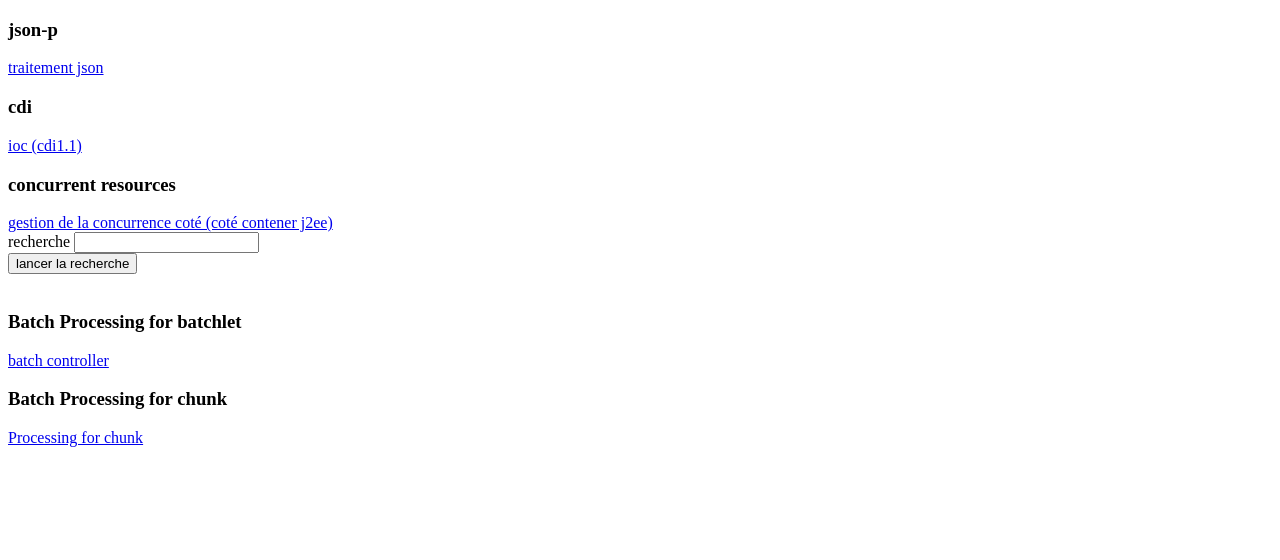
Repository: antoinebody/formationJee7
Page: http://localhost/ProjJEE7/
These files come from the project's save history. The page is drawn as it stood at one moment and after a run of saves; the edit follows.
The browser window is 1280 px wide. The pictures show the whole page.
The page is served by Tomcat 9. Nobody is signed in. The application's start-up code is not run. Other server files are loaded and not shown.

Above is the page before, as saved 2015-11-26 15:59:48.

### ProjJEE7/WebContent/index.jsp
<?xml version="1.0" encoding="utf-8" ?>
<%@ page language="java" contentType="text/html; charset=UTF-8"
    pageEncoding="UTF-8"%>
<!doctype html>
<html lang="fr">
<head>
<meta charset="utf-8">
<title>projet jee7</title>
</head>
<body>
	<h3>json-p</h3>
	<a title="json-p" href="JSONController?calltype=1">traitement json</a>
	<br/>

	<h3>cdi</h3>
	<a title="json-p" href="CDIControler">ioc (cdi1.1)</a>
	<br/>
	<h3>concurrent resources</h3>
	<a title="concurrent resource" href="SearchConcurrentController">gestion de la concurrence coté (coté contener j2ee)</a>
	<br/>
	<form method="post" action="SearchConcurrentController">
		<label for="search">recherche </label>
		<input type="text" name="searchfield" id="search" />
		<br />
		<input type="submit" value="lancer la recherche"/>
	</form>
	<br />
	<h3>Batch Processing for batchlet</h3>
	<a title="batchProcessing" href="BatchController">batch controller</a>
	<br/>

	<h3>Batch Processing for chunk</h3>
	<a title="batchProcessing" href="BatchController2">Processing for chunk</a>
	<br/>



</body>
</html>

After the next 2 saves:
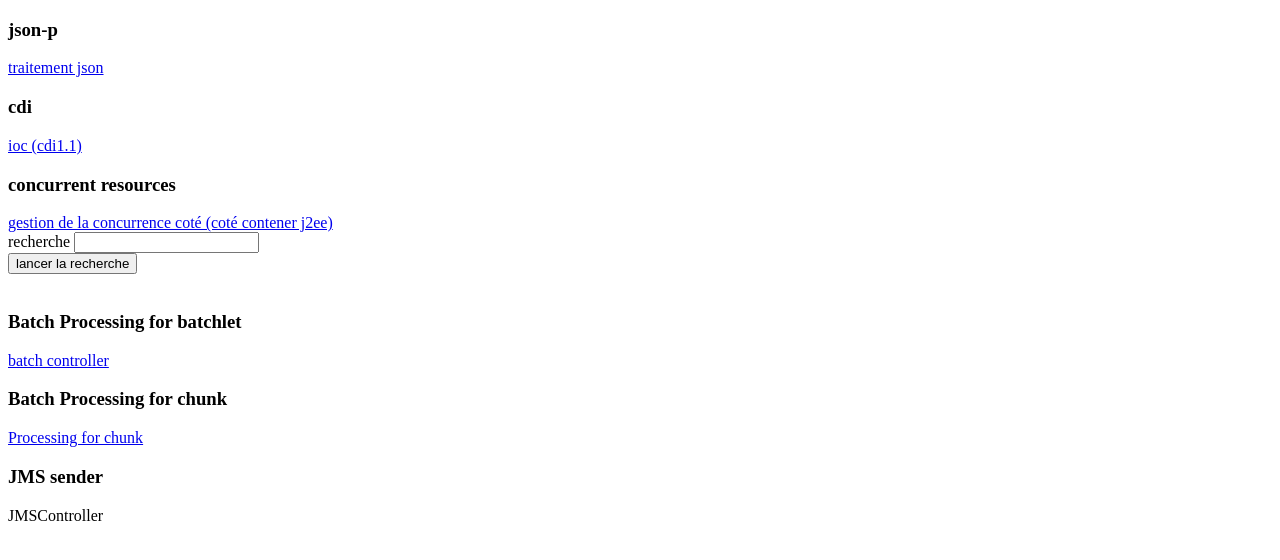
The 2 saves are shown as one change because they came seconds apart.
The last was saved 18 s later.
--- a/ProjJEE7/WebContent/index.jsp
+++ b/ProjJEE7/WebContent/index.jsp
@@ -33,7 +33,8 @@
 	<a title="batchProcessing" href="BatchController2">Processing for chunk</a>
 	<br/>
 
-
+	<h3>JMS sender</h3>
+	JMSController
 
 </body>
 </html>
